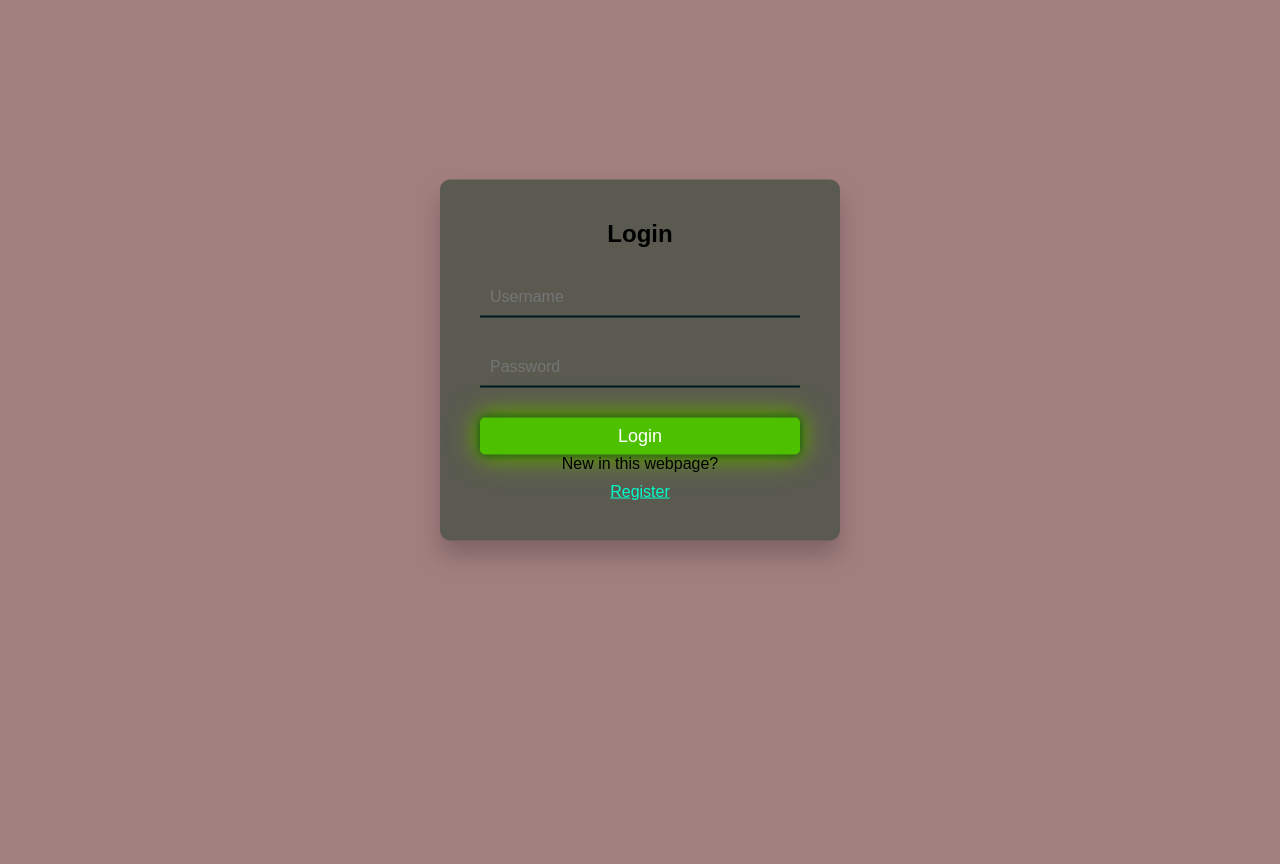
Repository: SRBshakib/Safe-Food---DBMS-project
Page: Organaization/login.html
An editor plug-in stored every save of this project. The page is shown before and after the next save, followed by the edit.
The browser window is 1280 px wide. The pictures show the whole page.
The pointer rests on the first visible `.btn`.

Above is the page before, as saved 2024-11-10 22:10:22.

After the next save:
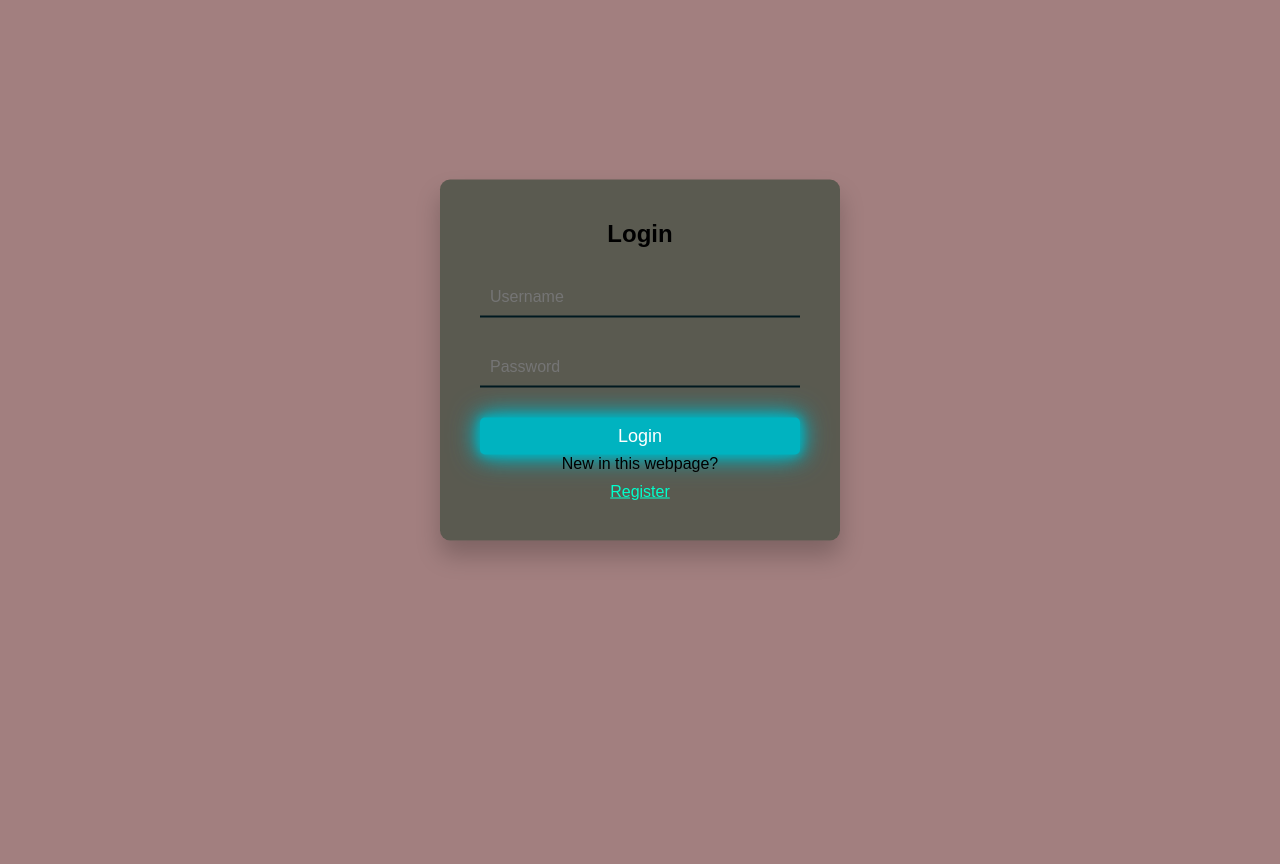
Saved 52 s later.
--- a/Organaization/style_login.css
+++ b/Organaization/style_login.css
@@ -64,8 +64,8 @@ body {
 }
 
 .btn:hover {
-    background: #4dc000;
-    box-shadow: 0 0 10px #004e0d, 0 0 20px #5e9100, 0 0 30px #6fb400;
+    background: #00b3c0;
+    box-shadow: 0 0 10px #00b3c0, 0 0 20px #00b3c0, 0 0 30px #00b3c0;
 }
 
 .register {
